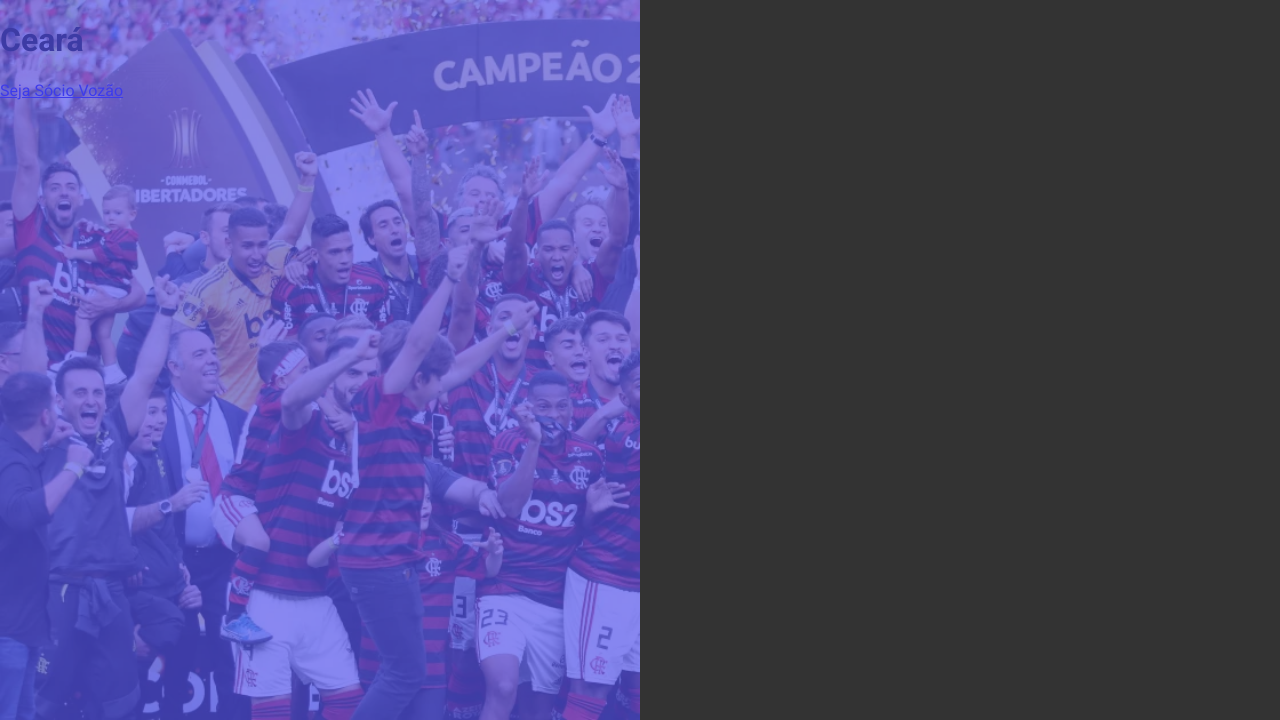
Repository: Williamlmachado/Divis-o-de-P-gina
Page: index.html
An editor plug-in stored every save of this project. The page is shown before and after a run of saves, followed by the edit.
The browser window is 1280 px wide. The pictures show the whole page.

Above is the page before, as saved 2021-08-17 09:50:00.

### index.html
<!DOCTYPE html>
<html lang="en">
  <head>
    <meta charset="UTF-8" />
    <meta name="viewport" content="width=device-width, initial-scale=1.0" />
    <link rel="stylesheet" href="style.css" />
    <title>Split Landing Page
    </title>
  </head>
  <body>
      <div class="container">
          <div class="split left">
              <h1>Flamengo</h1>
              <a href="#" class="btn">Seja Sócio Nação</a>
          </div>
          <div class="split left">
            <h1>Ceará</h1>
            <a href="#" class="btn">Seja Sócio Vozão</a>
        </div>
      </div>
      <script src="script.js"></script>
  </body>
</html>

### style.css
@import url('https://fonts.googleapis.com/css2?family=Roboto:wght@400;700&display=swap');

:root {
  --left-bg-color: rgba(87, 84, 236, 0.7);
  --right-bg-color: rgba(43, 43, 43, 0.8);
  --left-btn-hover-color: rgba(87, 84, 236, 1);
  --right-btn-hover-color: rgba(28, 122, 28, 1);
  --hover-width: 75%;
  --other-width: 25%;
  --speed: 1000ms;
}

* {
  box-sizing: border-box;
}

body {
  font-family: 'Roboto', sans-serif;
  height: 100vh;
  overflow: hidden;
  margin: 0;
}
h1{

}
.container{
    position: relative;
    width: 100%;
    height: 100%;
    background: #333;
}
.split{
    position: absolute;
    width: 50%;
    height: 100%;
    overflow: hidden;
}
.split.left{
    left:0;
    background: url('flamengo-v-river-plate-copa-conmebol-libertadores-2019-5dd9bc78727cd99309000001.webp');
    background-repeat: no-repeat;
    background-size: cover;

}
.split.left::before{
    content: '';
    position: absolute;
    width: 100%;
    height: 100%;
    background-color: var(--left-bg-color);
}
.split.right{
    right: 0;
    background: url('img-9633.webp');
    background-repeat: no-repeat;
    background-size: cover;
}
.split.right::before{
    content: '';
    position: absolute;
    width: 100%;
    height: 100%;
    background-color: var(--right-bg-color);
}

Loaded but not shown: script.js (no copy from this time; the picture is the same without it)

After the next 2 saves:
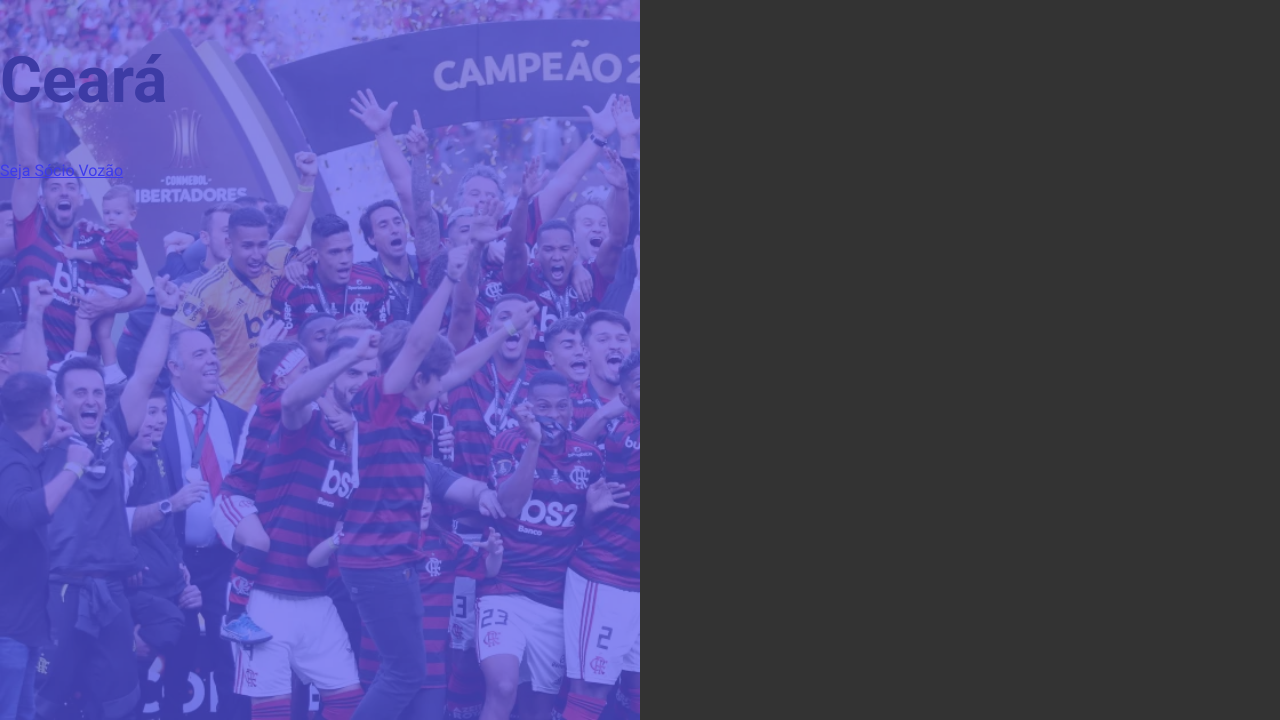
The 2 saves are shown as one change because they came seconds apart.
The last was saved 8 s later.
--- a/style.css
+++ b/style.css
@@ -21,7 +21,8 @@
   margin: 0;
 }
 h1{
-
+ font-size: 4rem;
+ ;
 }
 .container{
     position: relative;
